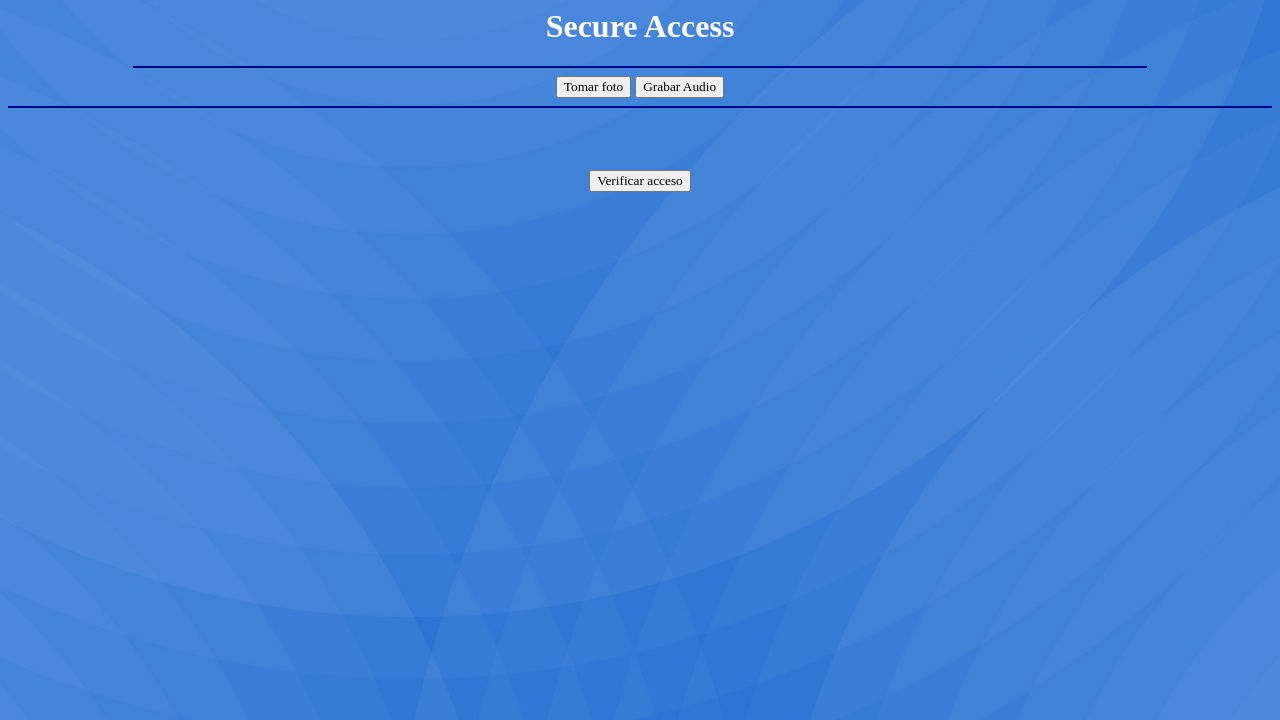
Repository: dabarreiroh/SECURE-ACCESS
Page: accessecure/templates/home/index.html
The author's editor kept a copy of each file at every save. The page is drawn from the files as they stood at one save, then again after the next save.
The browser window is 1280 px wide. The pictures show the whole page.

Above is the page before, as saved 2020-03-16 23:08:29.

After the next save:
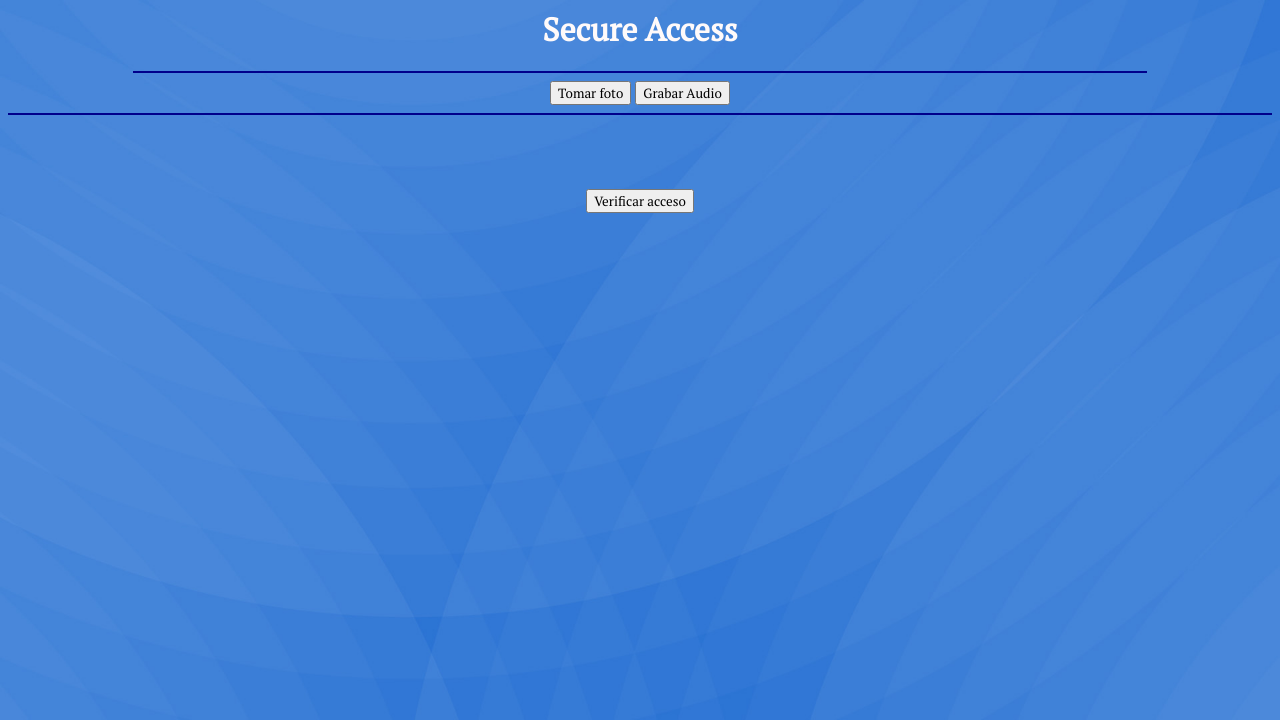
Saved 11 s later.
--- a/accessecure/templates/home/index.html
+++ b/accessecure/templates/home/index.html
@@ -1,7 +1,7 @@
 <html>
     <head>
         <link rel="stylesheet" href="./../../static/admin/css/index/index.css">
-        <link href="https://fonts.googleapis.com/css?family=Noto+Sans&display=swap" rel="stylesheet">
+        <link href="https://fonts.googleapis.com/css?family=PT+Serif&display=swap" rel="stylesheet">
 
     </head>
 <body>
